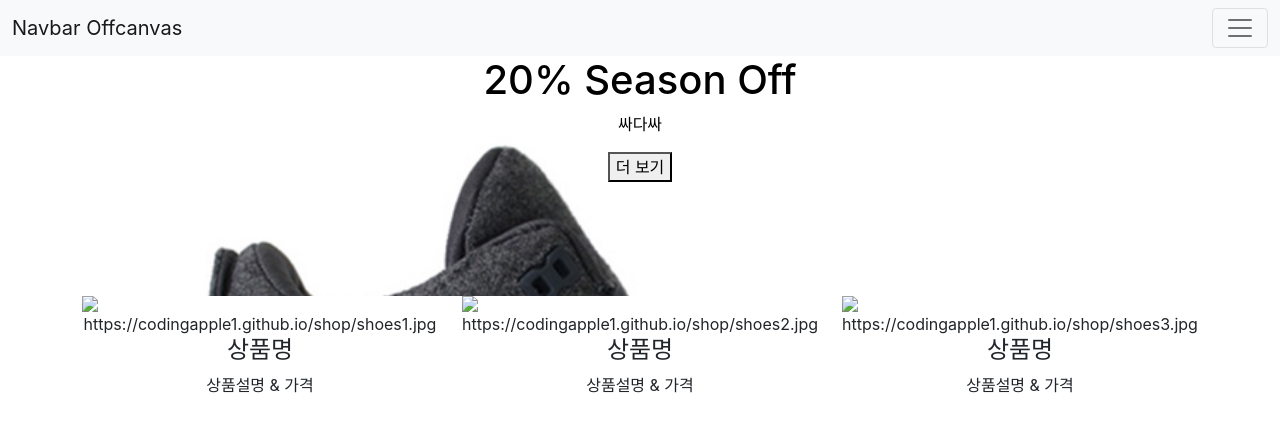
Repository: DevMinwoo-Jung/react-practice
Page: /detail (app in appleCoding/shopping/)
These files come from the project's save history. The page is drawn as it stood at one moment and after the next save; the edit follows.
The browser window is 1280 px wide. The pictures show the whole page.
The project was rebuilt for these pictures with package versions that can differ from the ones it lists, and the page was loaded fresh each time.

Above is the page before, as saved 2022-01-24 16:20:27.

### appleCoding/shopping/public/index.html
<!DOCTYPE html>
<html lang="en">
  <head>
    <link
      rel="stylesheet"
      href="https://cdn.jsdelivr.net/npm/bootstrap@5.1.3/dist/css/bootstrap.min.css"
      integrity="sha384-1BmE4kWBq78iYhFldvKuhfTAU6auU8tT94WrHftjDbrCEXSU1oBoqyl2QvZ6jIW3"
      crossorigin="anonymous"
    />
    <meta charset="utf-8" />
    <link rel="icon" href="%PUBLIC_URL%/favicon.ico" />
    <meta name="viewport" content="width=device-width, initial-scale=1" />
    <meta name="theme-color" content="#000000" />
    <title>React App</title>
  </head>
  <body>
    <div id="root"></div>
  </body>
</html>

### appleCoding/shopping/src/App.jsx
import {
  Button,
  Container,
  Form,
  FormControl,
  Nav,
  Navbar,
  NavDropdown,
  Offcanvas,
} from "react-bootstrap";
import "./App.css";

function App() {
  return (
    <div className="App">
      <Navbar bg="light" expand={false}>
        <Container fluid>
          <Navbar.Brand href="#">Navbar Offcanvas</Navbar.Brand>
          <Navbar.Toggle aria-controls="offcanvasNavbar" />
          <Navbar.Offcanvas
            id="offcanvasNavbar"
            aria-labelledby="offcanvasNavbarLabel"
            placement="end"
          >
            <Offcanvas.Header closeButton>
              <Offcanvas.Title id="offcanvasNavbarLabel">
                Offcanvas
              </Offcanvas.Title>
            </Offcanvas.Header>
            <Offcanvas.Body>
              <Nav className="justify-content-end flex-grow-1 pe-3">
                <Nav.Link href="#action1">Home</Nav.Link>
                <Nav.Link href="#action2">Link</Nav.Link>
                <NavDropdown title="Dropdown" id="offcanvasNavbarDropdown">
                  <NavDropdown.Item href="#action3">Action</NavDropdown.Item>
                  <NavDropdown.Item href="#action4">
                    Another action
                  </NavDropdown.Item>
                  <NavDropdown.Divider />
                  <NavDropdown.Item href="#action5">
                    Something else here
                  </NavDropdown.Item>
                </NavDropdown>
              </Nav>
              <Form className="d-flex">
                <FormControl
                  type="search"
                  placeholder="Search"
                  className="me-2"
                  aria-label="Search"
                />
                <Button variant="outline-success">Search</Button>
              </Form>
            </Offcanvas.Body>
          </Navbar.Offcanvas>
        </Container>
      </Navbar>
      <div className="jumbo">
        <div className="background">
          <h1>20% Season Off</h1>
          <p>싸다싸</p>
          <p>
            <button>더 보기</button>
          </p>
        </div>
      </div>
      <div className="container">
        <div className="row">
          <div className="col-md-4">
            <img src="" alt="https://codingapple1.github.io/shop/shoes1.jpg" width="100%"/>
            <h4>상품명</h4>
            <p>상품설명 & 가격</p>
          </div>
          <div className="col-md-4">
            <img src="" alt="https://codingapple1.github.io/shop/shoes2.jpg" width="100%"/>
            <h4>상품명</h4>
            <p>상품설명 & 가격</p>
          </div>
          <div className="col-md-4">
            <img src="" alt="https://codingapple1.github.io/shop/shoes3.jpg" width="100%" />
            <h4>상품명</h4>
            <p>상품설명 & 가격</p>
          </div>
        </div>
      </div>
    </div>
  );
}

export default App;

### appleCoding/shopping/src/App.css
.App {
  text-align: center;
}

.jumbo{
  background-color: gray;
  height: 15rem;
  width: 100%;
}

.background{
  background-image: url('../public/shoes3.jpg');
  height: 100%;
  width: 100%;
  background-size: cover;
  color: black;

}

Loaded but not shown: appleCoding/shopping/src/index.js (common file); appleCoding/shopping/src/index.css (common file)

After the next save:
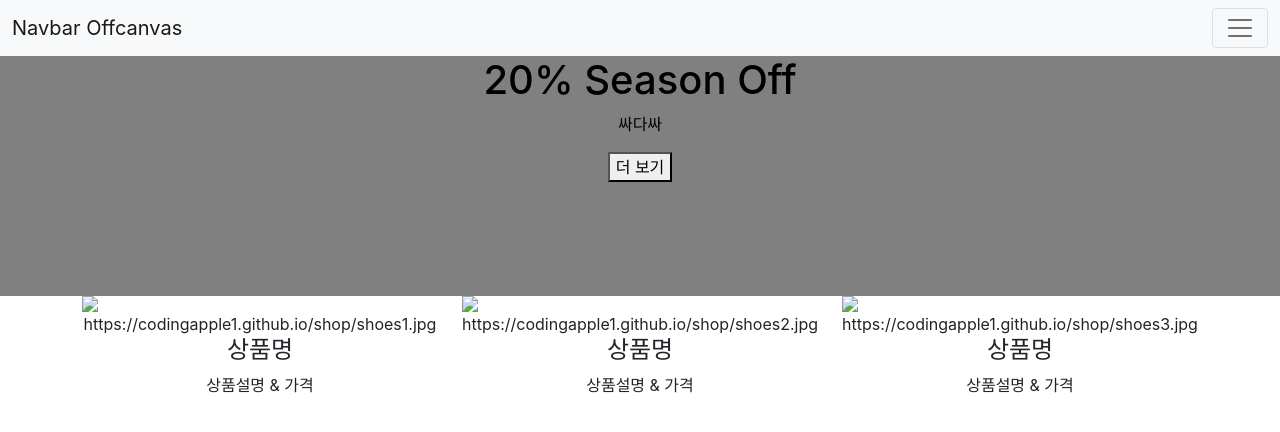
Saved 11 s later.
--- a/appleCoding/shopping/src/App.css
+++ b/appleCoding/shopping/src/App.css
@@ -9,7 +9,6 @@
 }
 
 .background{
-  background-image: url('../public/shoes3.jpg');
   height: 100%;
   width: 100%;
   background-size: cover;
